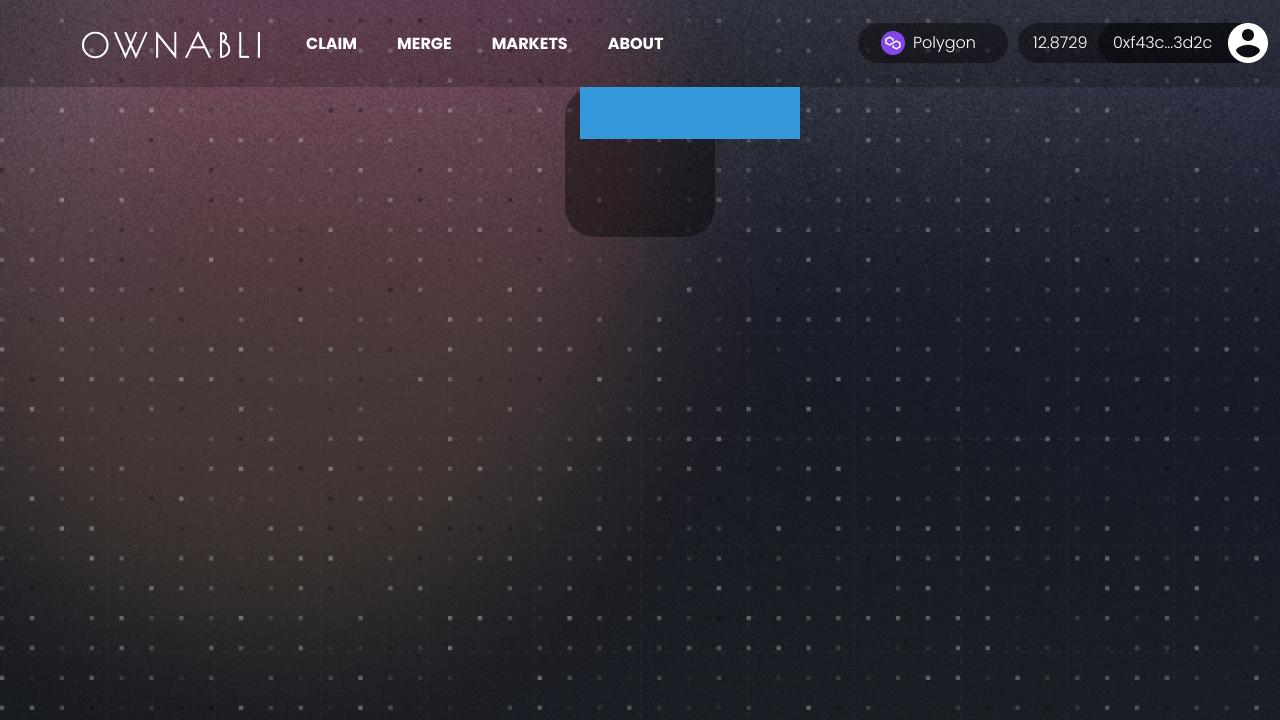
Repository: Rio-dapp/colors-nft
Page: website/merge.html
These files come from the project's save history. The page is drawn as it stood at one moment and after the next save; the edit follows.
The browser window is 1280 px wide. The pictures show the whole page.

Above is the page before, as saved 2022-04-23 14:50:07.

### website/merge.html
<!doctype html>
<html lang="en">
  <head>
    <!-- Required meta tags -->
    <meta charset="utf-8">
    <meta name="viewport" content="width=device-width, initial-scale=1">
    <!-- Bootstrap CSS -->
    <link href="https://cdn.jsdelivr.net/npm/bootstrap@5.0.2/dist/css/bootstrap.min.css" rel="stylesheet" integrity="sha384-EVSTQN3/azprG1Anm3QDgpJLIm9Nao0Yz1ztcQTwFspd3yD65VohhpuuCOmLASjC" crossorigin="anonymous">
    <link rel="stylesheet" href="colorPick.min.css">
    <link rel="stylesheet" href="mystyle.css">

    <script src="https://code.jquery.com/jquery-3.6.0.min.js" integrity="sha256-/xUj+3OJU5yExlq6GSYGSHk7tPXikynS7ogEvDej/m4=" crossorigin="anonymous"></script>
    <script src="colorPick.min.js" ></script>
    <title>OWNABLI</title>
  </head>
  <body>
    <nav class="navbar navbar-expand-lg navbar-light background-black-transparent">
        <div class="container-fluid">
          <a class="navbar-brand navbar-logo" href="#"><img src="images/logo.png"/></a>
          <button class="navbar-toggler" type="button" data-bs-toggle="collapse" data-bs-target="#navbarSupportedContent" aria-controls="navbarSupportedContent" aria-expanded="false" aria-label="Toggle navigation">
            <span class="navbar-toggler-icon"></span>
          </button>
          <div class="collapse navbar-collapse" id="navbarSupportedContent">
            <ul class="navbar-nav me-auto mb-2 mb-lg-0">
              <li class="nav-item">
                <a class="text-white bold-font nav-padding nav-roks-link" aria-current="page" href="index.html">CLAIM</a>
              </li>
              <li class="nav-item">
                <a class="text-white bold-font nav-padding nav-roks-link" href="merge.html">MERGE</a>
              </li>
              <li class="nav-item">
                <a class="text-white bold-font nav-padding nav-roks-link" href="#">MARKETS</a>
              </li>
              <li class="nav-item">
                <a class="text-white bold-font nav-padding nav-roks-link" href="#">ABOUT</a>
              </li>


            </ul>
              <div class="blockchain-selector">
                <img src="images/poligon.png" class="poligon-mini"/>
                <a class="nav-link text-white float-right ligt-font" href="#" id="navbarDropdown" role="button" >
                  Polygon
                </a>
              <!-- <a class="nav-link dropdown-toggle text-white" href="#" id="navbarDropdown" role="button" data-bs-toggle="dropdown" aria-expanded="false">
                Polygon
              </a>
              <ul class="dropdown-menu" aria-labelledby="navbarDropdown">
                <li><a class="dropdown-item" href="#">Action</a></li>
                <li><a class="dropdown-item" href="#">Another action</a></li>
                <li><hr class="dropdown-divider"></li>
                <li><a class="dropdown-item" href="#">Something else here</a></li>
              </ul> -->
              </div>
              <div class="wallet-data-div">
                <p class="ligt-font text-white left-float nav-top-padding">12.8729</p>
                <div class="wallet-address-div right-float">
                  <p class="ligt-font text-white left-float nav-top-padding">0xf43c...3d2c</p>
                  <img src="images/user.png" class="user-logo" height="40px"/>
                </div>
              </div>
          </div>
        </div>
      </nav>
<div class="container picker-conteiner">
  <div class="picker button-mint" ></div>

</div>
    <script>
      $(".picker").colorPick({ 'palette': ["#1abc9c", "#16a085", "#2ecc71"] });
    </script>
    <!-- Optional JavaScript; choose one of the two! -->

    <!-- Option 1: Bootstrap Bundle with Popper -->
    <script src="https://cdn.jsdelivr.net/npm/bootstrap@5.0.2/dist/js/bootstrap.bundle.min.js" integrity="sha384-MrcW6ZMFYlzcLA8Nl+NtUVF0sA7MsXsP1UyJoMp4YLEuNSfAP+JcXn/tWtIaxVXM" crossorigin="anonymous"></script>

    <!-- Option 2: Separate Popper and Bootstrap JS -->
    <!--
    <script src="https://cdn.jsdelivr.net/npm/@popperjs/core@2.9.2/dist/umd/popper.min.js" integrity="sha384-IQsoLXl5PILFhosVNubq5LC7Qb9DXgDA9i+tQ8Zj3iwWAwPtgFTxbJ8NT4GN1R8p" crossorigin="anonymous"></script>
    <script src="https://cdn.jsdelivr.net/npm/bootstrap@5.0.2/dist/js/bootstrap.min.js" integrity="sha384-cVKIPhGWiC2Al4u+LWgxfKTRIcfu0JTxR+EQDz/bgldoEyl4H0zUF0QKbrJ0EcQF" crossorigin="anonymous"></script>
    -->
  </body>
</html>

### website/mystyle.css
@font-face {
    font-family: 'Poppins';
    src: url('fonts/Poppins-Light.ttf');
  }
  @font-face {
    font-family: 'Poppins-bold';
    src: url('fonts/Poppins-Bold.ttf');
  }

  @font-face {
    font-family: 'Chonburi';
    src: url('fonts/Chonburi-Regular.ttf');
  }

  body {
    background: url('images/background.png') no-repeat center center fixed;
    -webkit-background-size: cover;
    -moz-background-size: cover;
    -o-background-size: cover;
    background-size: cover;
    height: 100vh;
  }

.m-cerd{
    margin: 20px;
}
.navbar-light .navbar-toggler {
    border-color: rgb(255, 255, 255);
    color: rgb(255, 255, 255);
    border: 1px solid white;
}
/* Setting the stroke to green using rgb values (0, 128, 0) */

.navbar-light .navbar-toggler-icon {
    border-color: rgb(255, 255, 255);
    background-image: url(
"data:[embedded picture, 242 characters]");
}

.color-cercle{
    width: 512px;
    height: 512px;
}
.color-cercle-img {
    position: absolute;
    width: 512px;
}

.mint-cercle-img {
    background-color: transparent;
    background-repeat: no-repeat;
    border: none;
    cursor: pointer;
    overflow: hidden;
    outline: none;
    overflow: hidden;
    background: url(images/mint-button.png);
    position: relative;
    margin: 176px;
    width: 160px;
    height: 160px;
}


@media screen and (max-width: 480px) {
    .color-cercle{
        width: 256px;
        height: 256px;
    }
    .color-cercle-img {
        position: absolute;
        width: 256px;
    }

     .mint-cercle-img {
        font-size: 12px;
        background-color: transparent;
        background-repeat: no-repeat;
        border: none;
        cursor: pointer;
        overflow: hidden;
        outline: none;
        overflow: hidden;
        background: url(images/mint-button.png);
        position: relative;
        margin: 88px;
        width: 80px;
        height: 80px;
        background-repeat: no-repeat;
        background-size: contain;
    }
}



.hi-main{
    font-family: 'Chonburi';
    font-style: normal;
    font-weight: 400;
    font-size: 64px;
    color: white;
}

.p-main-desc{
    font-family: 'Poppins';
    font-style: normal;
    font-weight: 400;
    font-size: 24px;
}
.color-yellow{
    color: #FFBF00;
}

.background-black-transparent {
   background-color: rgba(0, 0, 0, 0.2);
}

.text-white{
    color: white;
}

.navbar-logo{
    padding-top: 20px;
    padding-bottom: 20px;
    padding-left: 70px;
    padding-right: 10px;
}

.button-mint
{
  width: 220px;
  height: 52px;
}

.blockchain-selector {
    border-radius: 30px;
    background: rgba(0, 0, 0, 0.4);
    padding: 0px;
    padding-left: 15px;
    width: 150px;
    height: 40px;
  }

  .wallet-data-div{

    border-radius: 30px;
    background: rgba(0, 0, 0, 0.4);
    padding: 0px;
    padding-left: 15px;
    margin-left: 10px;
    width: 250px;
    height: 40px;
  }

  .wallet-address-div{
    border-radius: 30px;
    background: rgba(0, 0, 0, 0.4);
    padding: 0px;
    padding-left: 15px;
    width: 170px;
    height: 40px;
  }

.poligon-mini {
    float: left;
    padding: 8px;
}

.ligt-font{
font-family: 'Poppins';
font-style: normal;
font-weight: 400;
}

.bold-font{
    font-family: 'Poppins-bold';
    font-style: normal;
    font-weight: 800;
    }


.user-logo{
    float: right;
}
.left-float{
    float: left;
}

.right-float{
    float: right;
}
.nav-top-padding{
    padding-top: 8px;
}

.nav-padding{
    padding: 20px;
}

.nav-roks-link{
    text-decoration: none;
}

.button-marge{
    background-color: transparent;
    border: 2px solid white;
    border-color: white;
    color: white;
}

.color-image{
    width: 100%;
    height: 144px;

    border-radius: 10px;
}

.buy-button{
    vertical-align: bottom;
    float: right;
    background-color: transparent;
    border: 1px solid #FFD400;
    border-color: #FFD400;
    color: #FFD400;
    border-radius: 10px;
    font-family: 'Poppins';
    font-style: normal;
    font-weight: 700;
    font-size: 14px;
    padding-left: 15px;
    padding-right: 15px;
}

.buy-button:hover {
    color: #ff4800;
}

.color-card {
    background-color: rgba(0, 0, 0, 0.7);
    border-radius: 10px;
    width: 216px;
}

.color-card-title{
    font-family: 'Poppins';
    font-style: normal;
    font-weight: 400;
    font-size: 16px;
    color: white;
}

.color-card-text{
    font-family: 'Poppins';
    font-style: normal;
    font-weight: 400;
    font-size: 12px;
    line-height: 16px;
    color: white;
}
.color-place{

}
.picker-conteiner {
    border-radius: 30px;
    background: rgba(0, 0, 0, 0.4);
    padding: 0px;
    padding-left: 15px;
    width: 150px;
    height: 150px;
  }

Loaded but not shown: website/colorPick.min.css (common file); website/colorPick.min.js (library)

After the next save:
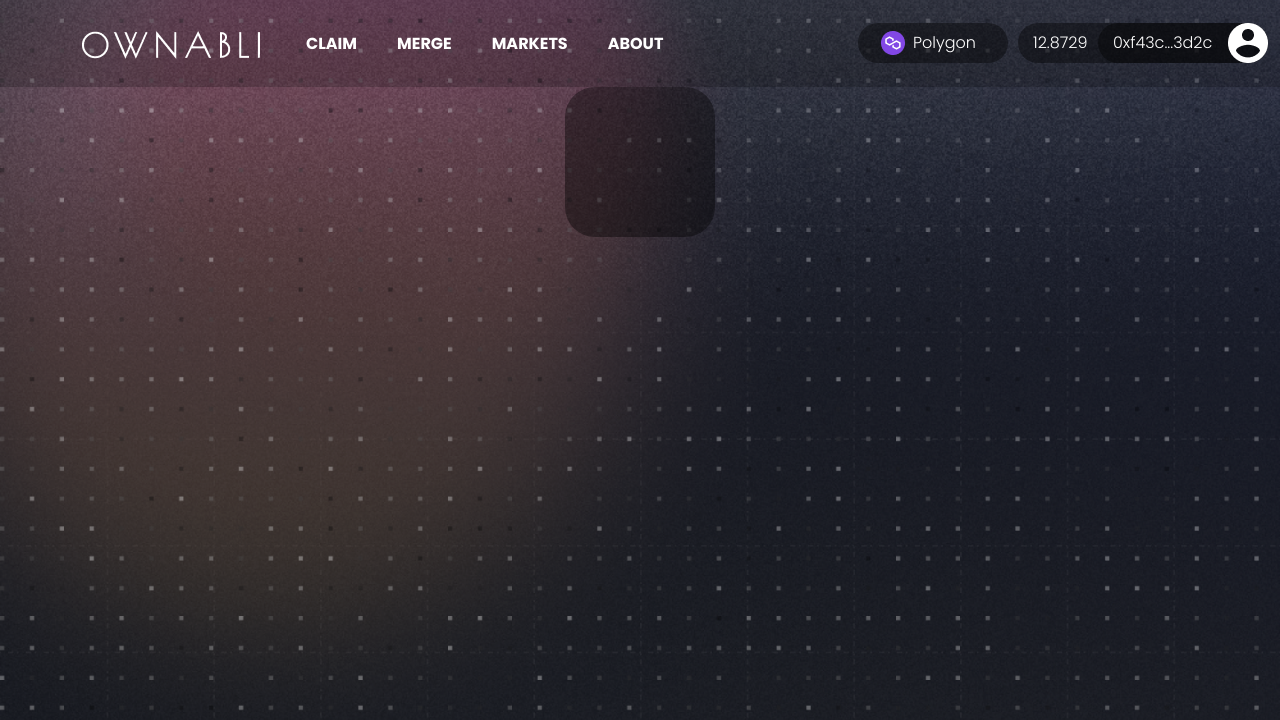
Saved 48 s later.
--- a/website/merge.html
+++ b/website/merge.html
@@ -63,7 +63,9 @@
         </div>
       </nav>
 <div class="container picker-conteiner">
-  <div class="picker button-mint" ></div>
+  <div class="picker color-place" >
+
+  </div>
 
 </div>
     <script>
